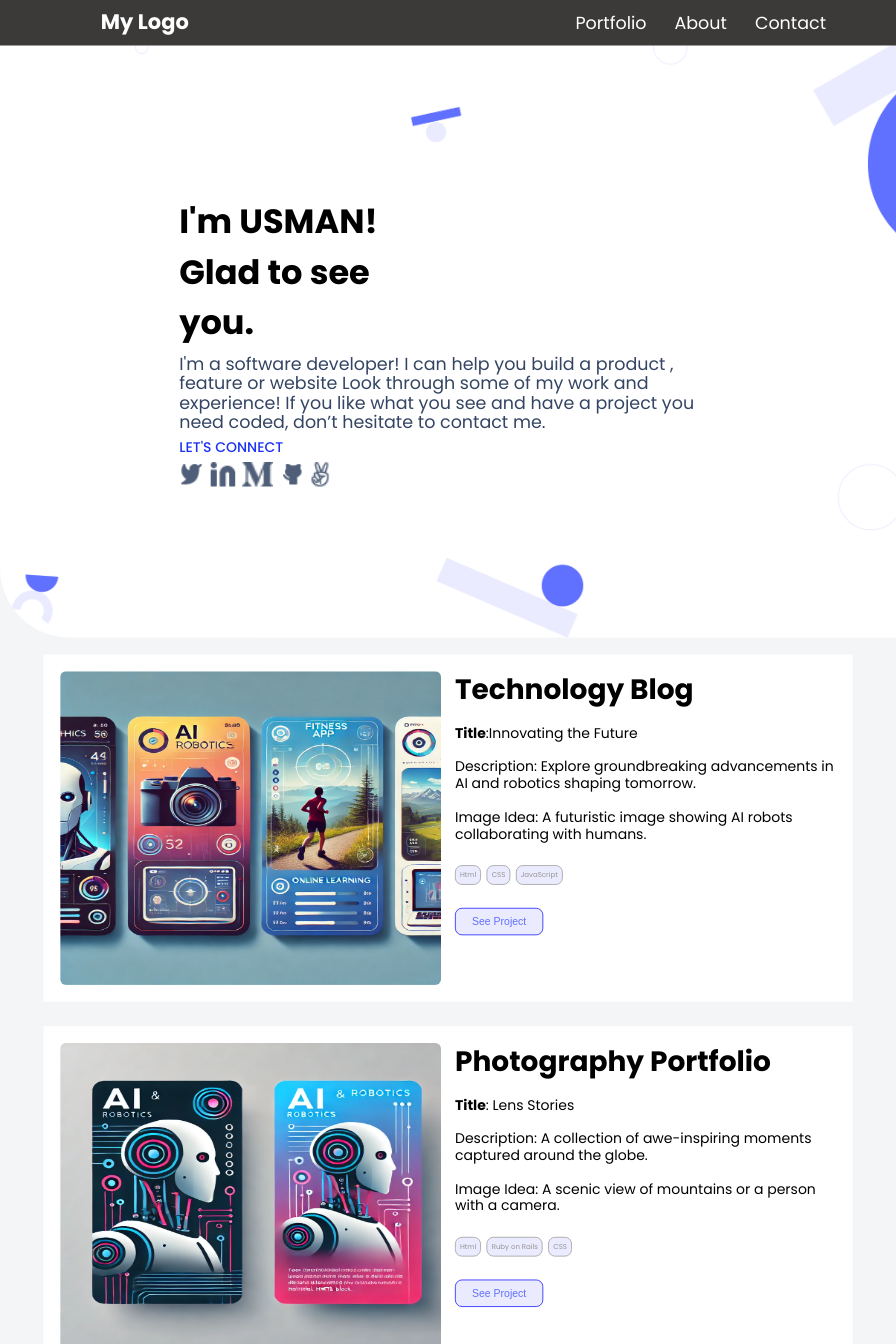
Repository: usman3123/portfolio-template-3
Page: index.html
An editor plug-in stored every save of this project. The page is shown before and after the next save, followed by the edit.
The browser window is 1280 px wide. The pictures show the part of the page from y = 0 to 1920 px (the page is 4372 px tall), at 70% of full size.
Some web libraries are served in a nearby version.

Above is the page before, as saved 2025-03-13 11:00:03.

After the next save:
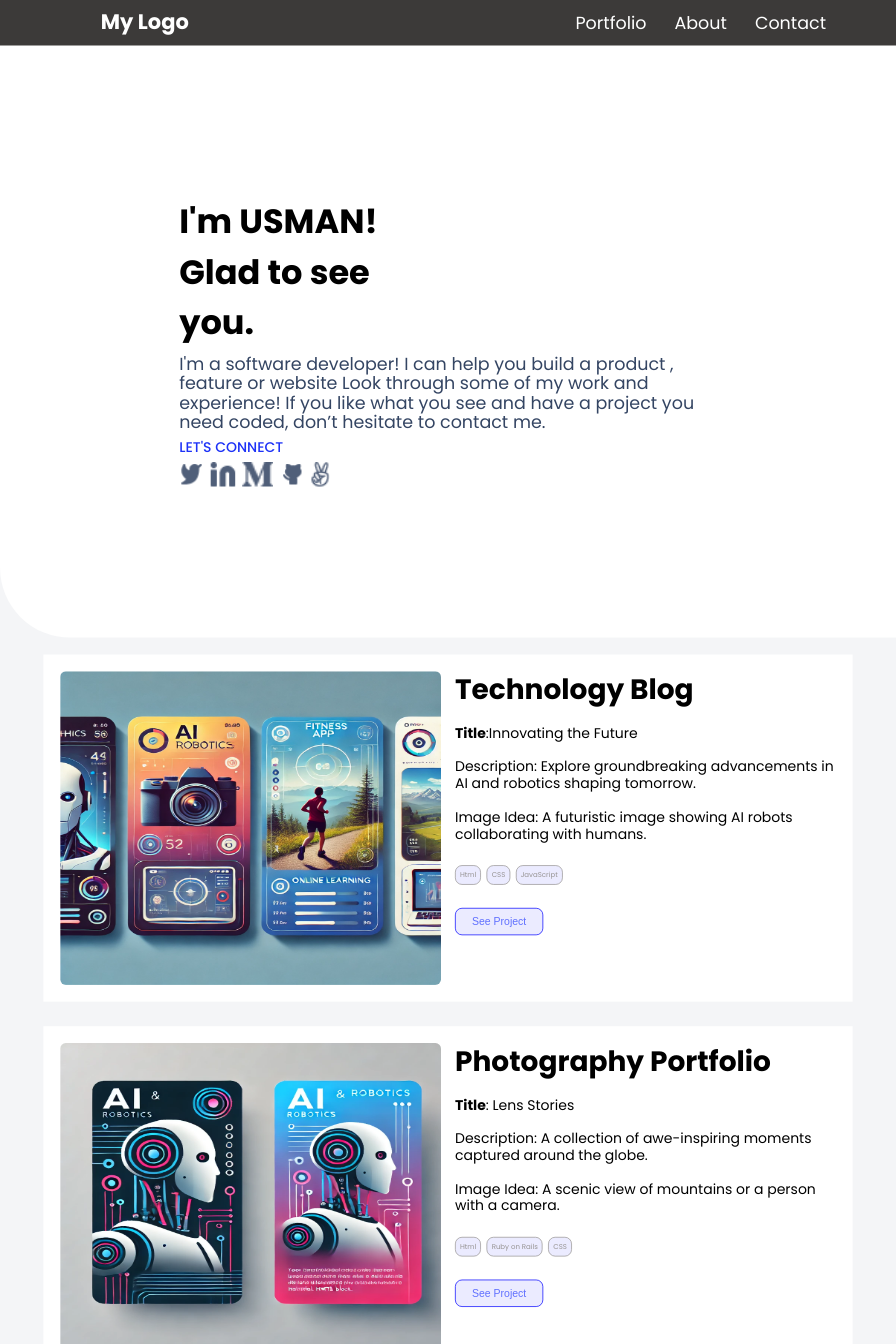
Saved 27 s later.
--- a/style.css
+++ b/style.css
@@ -59,7 +59,7 @@ body {
 .hero-page {
     background-color: white;
     border-bottom-left-radius: 100px;
-    background-image: url(/assets/Header\ bg@2x.png);
+    background-image: url(/assets/Enabled.png);
     background-size: cover;
     background-position: center;
     background-repeat: no-repeat;

After the save that followed:
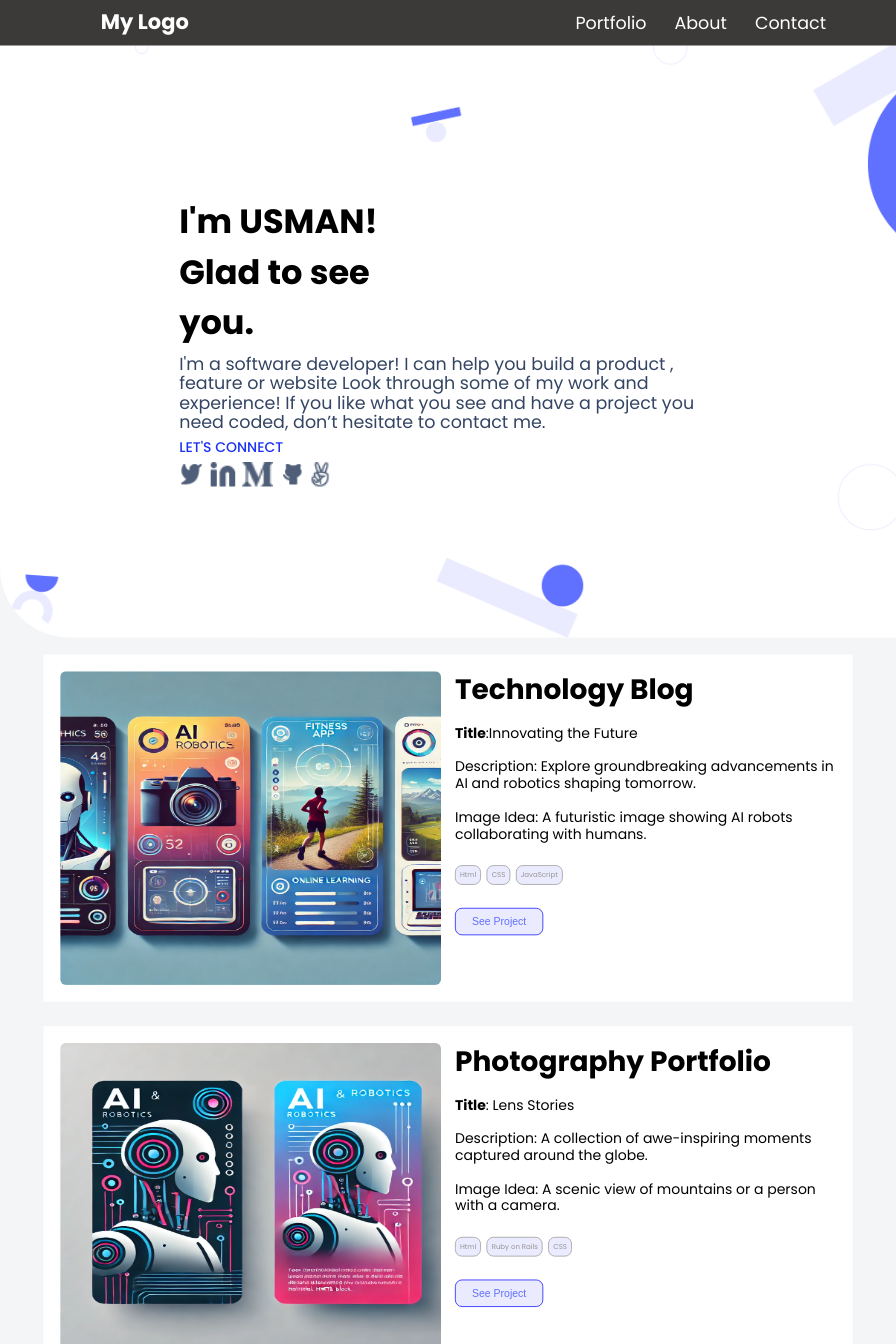
Saved 21 s later.
--- a/style.css
+++ b/style.css
@@ -59,7 +59,7 @@ body {
 .hero-page {
     background-color: white;
     border-bottom-left-radius: 100px;
-    background-image: url(/assets/Enabled.png);
+    background-image: url(/assets/Header\ bg@2x.png);
     background-size: cover;
     background-position: center;
     background-repeat: no-repeat;
